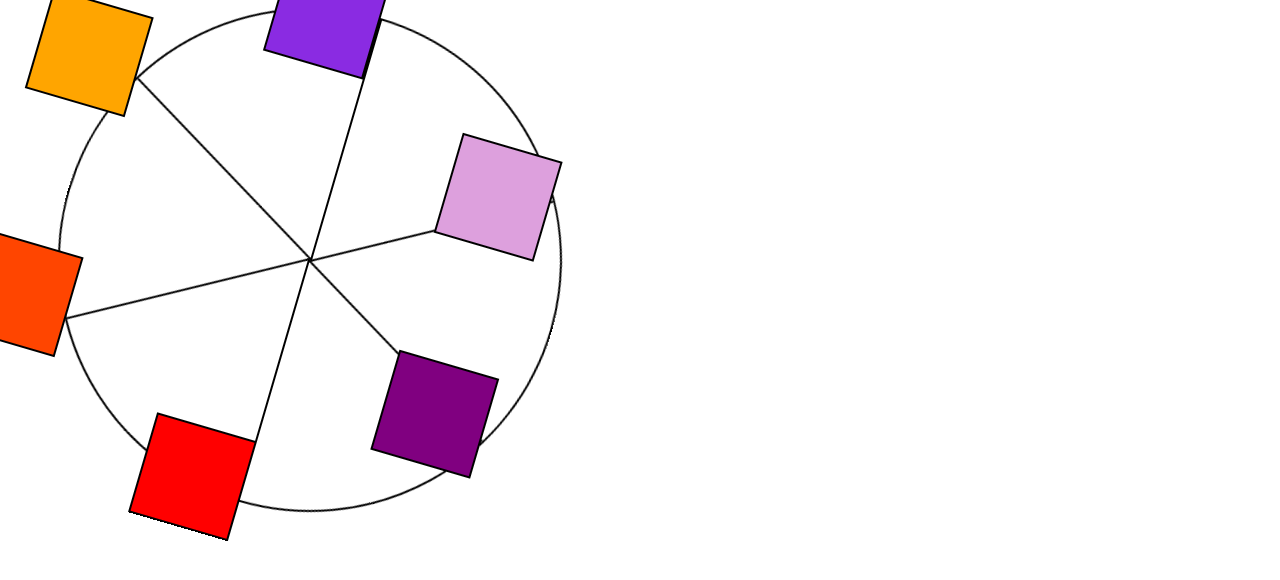
Repository: Lungdjos/ferris_wheel
Page: index.html
These files come from the project's save history. The page is drawn as it stood at one moment and after the next save; the edit follows.
The browser window is 1280 px wide. The pictures show the whole page.

Above is the page before, as saved 2024-01-11 09:46:48.

### index.html
<!DOCTYPE html>
<html lang="en">

<head>
    <meta charset="UTF-8">
    <meta name="viewport" content="width=device-width, initial-scale=1.0">
    <title>Ferris Wheel</title>
    <link rel="stylesheet" href="./styles.css">
</head>

<body>
    <div class="wheel">
        <span class="line"></span>
        <span class="line"></span>
        <span class="line"></span>
        <span class="line"></span>
        <span class="line"></span>
        <span class="line"></span>
        <div class="cabin"></div>
        <div class="cabin"></div>
        <div class="cabin"></div>
        <div class="cabin"></div>
        <div class="cabin"></div>
        <div class="cabin"></div>
    </div>

</body>

</html>

### styles.css
/* styling for the wheel */

.wheel {
    border: 2px solid black;
    border-radius: 50%;
    margin-left: 50px;
    position: absolute;
    height: 55vw;
    width: 55vw;
    max-width: 500px;
    max-height: 500px;
    animation-name: wheel;
    animation-duration: 25s;
}


/* styling for the line */

.line {
    background-color: black;
    height: 2px;
    width: 50%;
    top: 50%;
    left: 50%;
    position: absolute;
    transform-origin: 0% 0%;
}

.line:nth-of-type(2) {
    transform: rotate(60deg);
}

.line:nth-of-type(3) {
    transform: rotate(120deg);
}

.line:nth-of-type(4) {
    transform: rotate(180deg);
}

.line:nth-of-type(5) {
    transform: rotate(240deg);
}

.line:nth-of-type(6) {
    transform: rotate(-60deg);
}


/* styling for the cabin */

.cabin {
    background-color: red;
    width: 20%;
    height: 20%;
    border: 2px solid;
    position: absolute;
    transform-origin: 50% 0%;
}

.cabin:nth-of-type(1) {
    right: -8.5%;
    top: 50%;
}

.cabin:nth-of-type(2) {
    right: 17%;
    top: 93.5%;
    background-color: orangered;
}

.cabin:nth-of-type(3) {
    right: 67%;
    top: 93.5%;
    background-color: orange;
}

.cabin:nth-of-type(4) {
    left: -8.5%;
    top: 50%;
    background-color: blueviolet;
}

.cabin:nth-of-type(5) {
    left: 17%;
    top: 7%;
    background-color: plum;
}

.cabin:nth-of-type(6) {
    right: 17%;
    top: 7%;
    background-color: purple;
}


/* animation styling */


/* animation for the wheel */

@keyframes wheel {
    0% {
        transform: rotate(0deg);
    }
    100% {
        transform: rotate(360deg);
    }
}

After the next save:
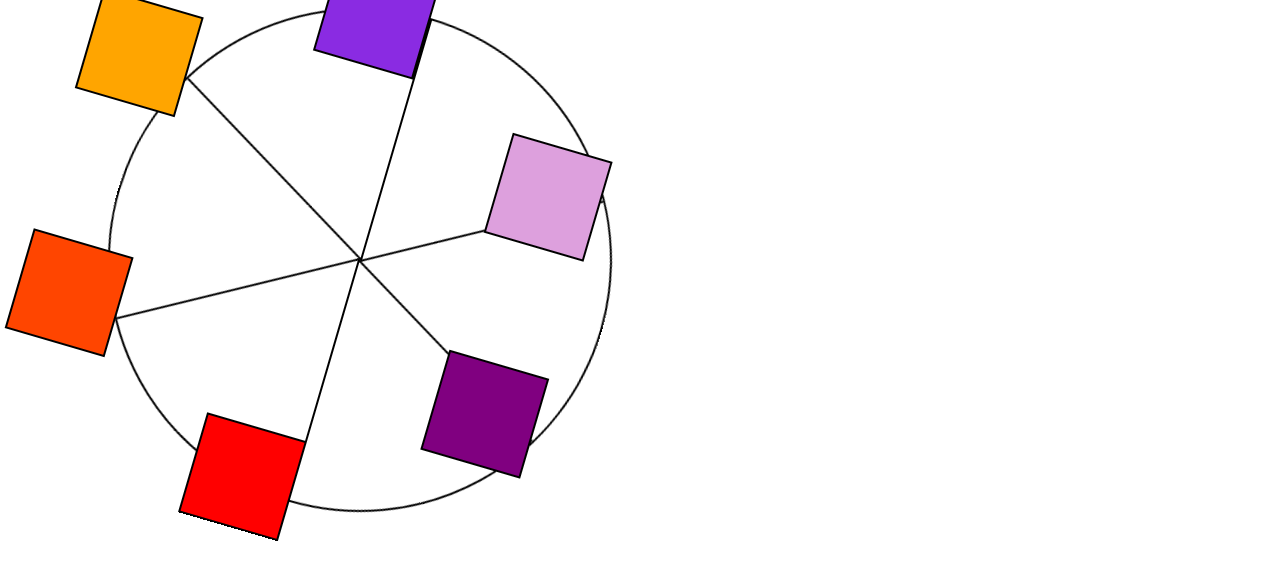
Saved 50 s later.
--- a/styles.css
+++ b/styles.css
@@ -3,7 +3,7 @@
 .wheel {
     border: 2px solid black;
     border-radius: 50%;
-    margin-left: 50px;
+    margin-left: 100px;
     position: absolute;
     height: 55vw;
     width: 55vw;
